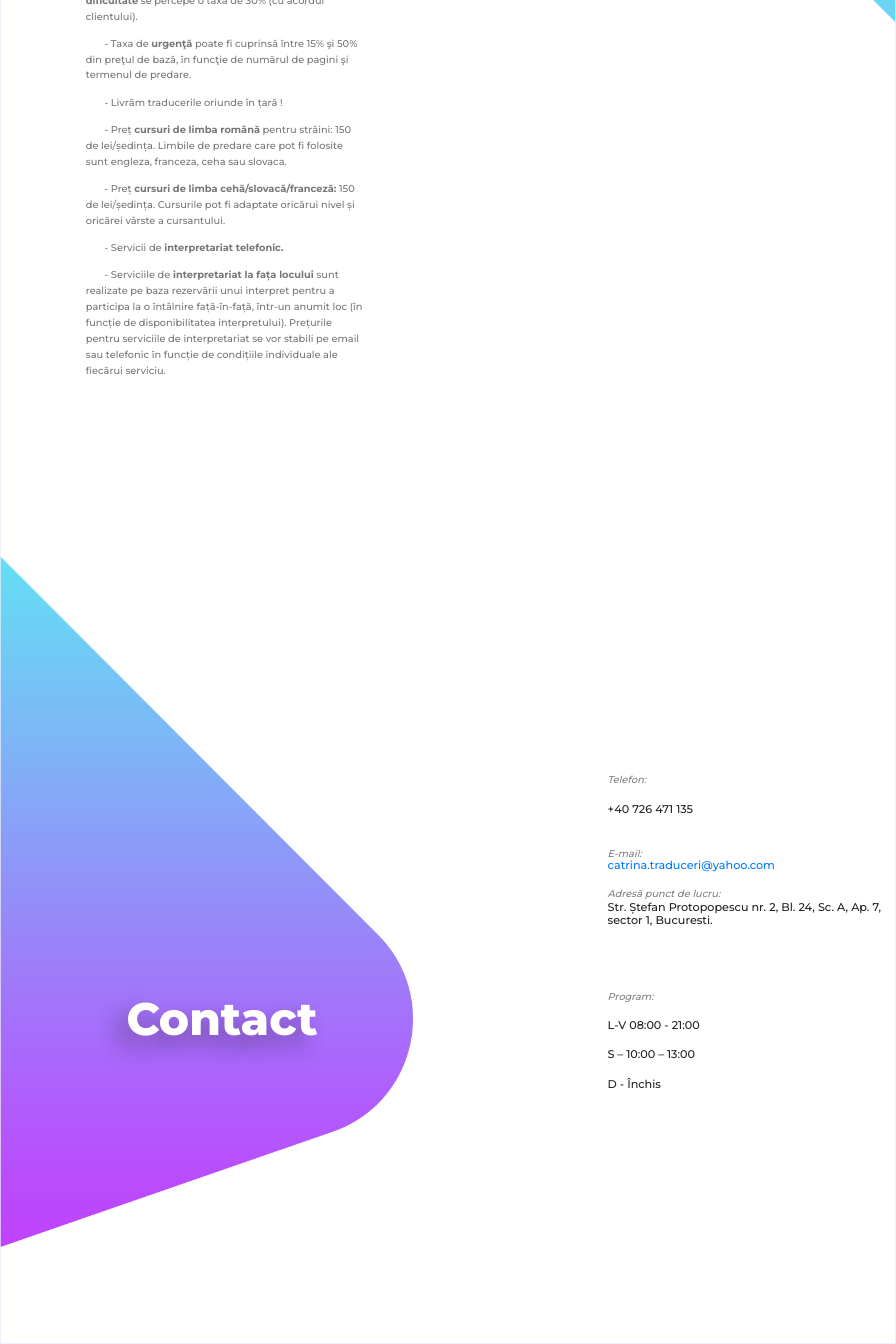
Repository: roscaImarius/site_traduceri
Page: index.html
The author's editor kept a copy of each file at every save. The page is drawn from the files as they stood at one save, then again after the next save.
The browser window is 1280 px wide. The pictures show the part of the page from y = 4490 to 6410 px (the page is 6410 px tall), at 70% of full size.

Above is the page before, as saved 2022-03-22 03:50:36.

After the next save:
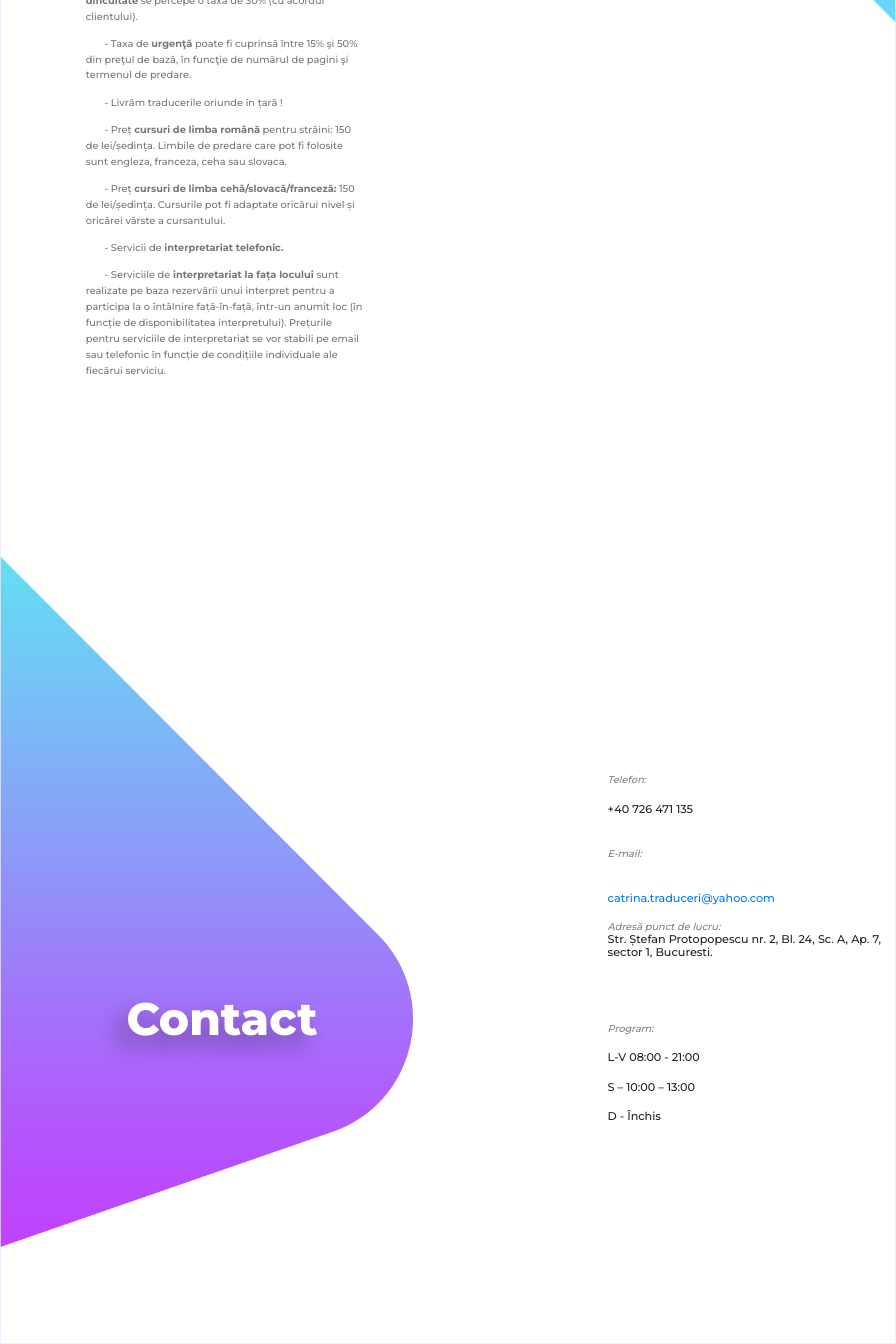
Saved 16 s later.
--- a/index.html
+++ b/index.html
@@ -344,7 +344,8 @@
             </div>
 
             <div class="form-area text-left">
-              <h6><i>E-mail:</i></h6>
+              <h6><i>E-mail:</i></h6><br>
+              <br>
               <h5>
 
                    <a href="mailto:catrina.traduceri@yahoo.com">catrina.traduceri@yahoo.com</a>
